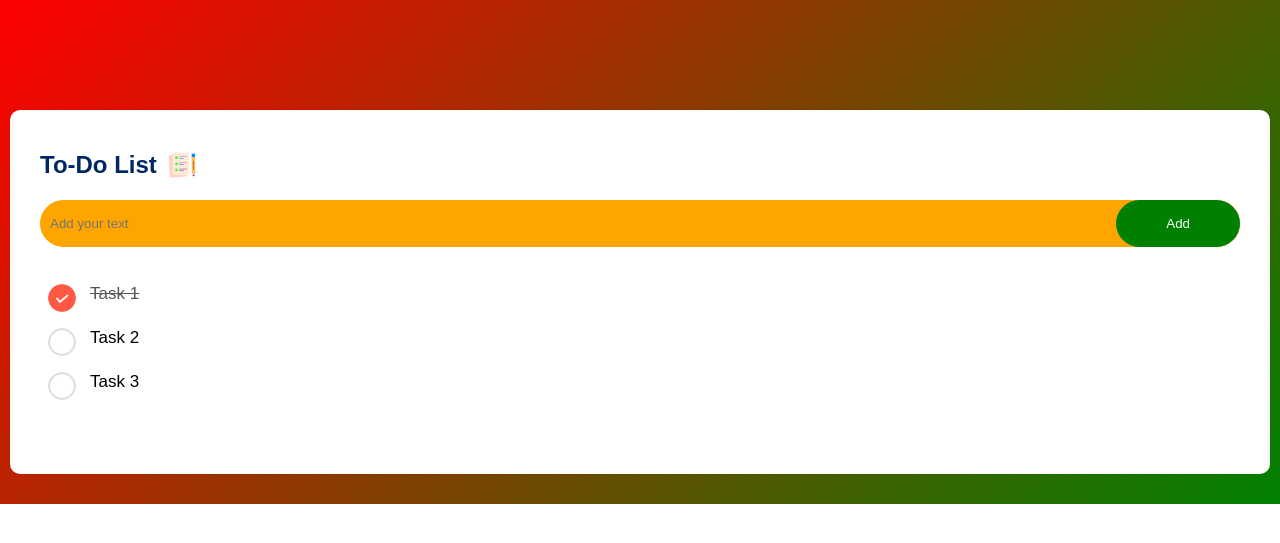
Repository: YAAMAR/todo-list
Page: index.html
The author's editor kept a copy of each file at every save. The page is drawn from the files as they stood at one save, then again after the next save.
The browser window is 1280 px wide. The pictures show the whole page.

Above is the page before, as saved 2024-05-01 17:44:41.
Console error (its wording comes from the project's code and is left out).

After the next save:
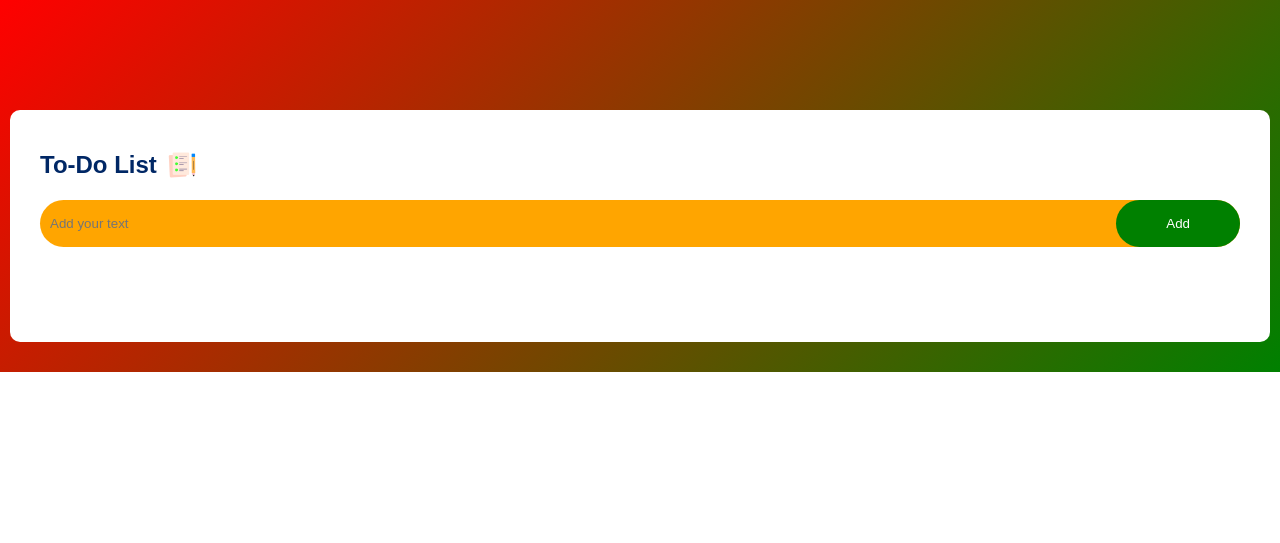
The error is gone.
Saved 6 s later.
--- a/script.js
+++ b/script.js
@@ -1,5 +1,5 @@
 const inputBox=document.getElementById("input-box");
-const listContainer=document.getElementById();
+const listContainer=document.getElementById("list-container");
 console.log(listContainer);
 
 function addTask(){
